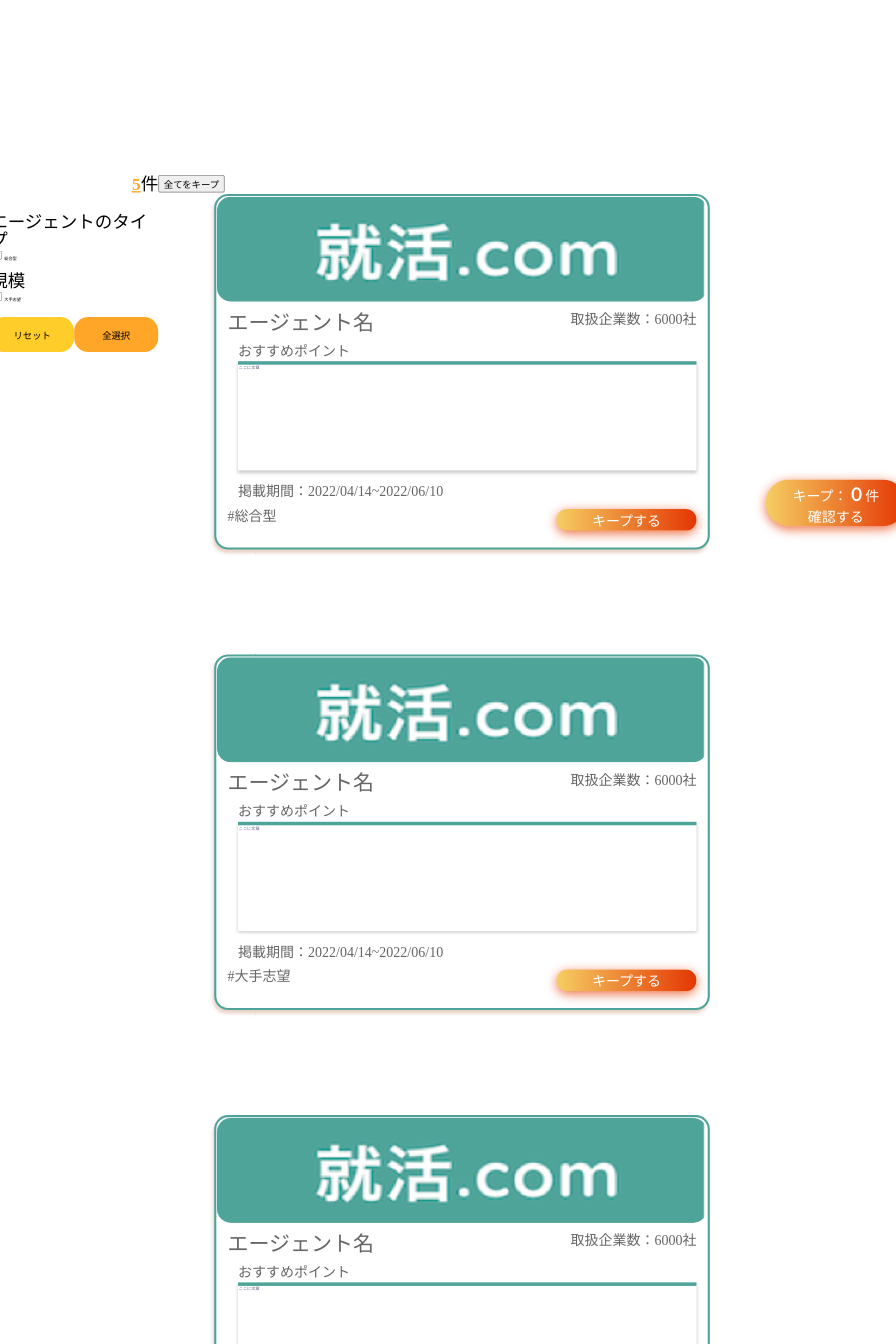
Repository: posse-ap/-teamdev-2022-posse2-team2E-
Page: src/index.html
The author's editor kept a copy of each file at every save. The page is drawn from the files as they stood at one save, then again after the next save.
The browser window is 1280 px wide. The pictures show the part of the page from y = 1096 to 3016 px (the page is 4005 px tall before and 4001 px after), at 70% of full size.

Above is the page before, as saved 2022-04-24 17:06:51.

### src/index.html
<!DOCTYPE html>
<html lang="en">
<head>
    <meta charset="UTF-8">
    <meta http-equiv="X-UA-Compatible" content="IE=edge">
    <meta name="viewport" content="width=device-width, initial-scale=1.0">
    <link rel="stylesheet" href="css/user/reset.css">
    <link rel="stylesheet" href="css/user/style.css">
    <title>CRAFT</title>
    <script
src="https://code.jquery.com/jquery-3.3.1.min.js"
integrity="sha256-FgpCb/KJQlLNfOu91ta32o/NMZxltwRo8QtmkMRdAu8="
crossorigin="anonymous"></script>
</head>
<body>
    <!-- ヘッダー -->
    <header>
        <img src="img/user/logo.png" alt="">
        <nav>
            <ul>
                <li><a href="">就活サイト</a></li>
                <li><a href="">就活支援サービス</a></li>
                <li><a href="">自己分析診断ツール</a></li>
                <li><a href="">ES添削サービス</a></li>
                <li><a href="">就活エージェント</a></li>
                <li><a href="">就活の教科書とは</a></li>
                <li><a href="">お問い合わせ</a></li>
            </ul>
        </nav>
    </header>

    <wrapper>
        <div class="first_message">
            <h1>CRAFT</h1>
            <h2>失敗しないエージェント選びを</h2>
            <p>就活ドットコムだからこそできる、フラットな視点から比較、一括問い合わせまで</p>
        </div>

        <div class="process">
            <p>絞り込む</p>
            <div class="arrow"></div>
            <p>比較する</p>
            <div class="arrow"></div>
            <p>キープする</p>
            <div class="arrow"></div>
            <p>お問い合わせる</p>
        </div>

        <div class="q_and_a">
            <p>Q.いくつのエージェントを問い合わせればいいの？</p>
            <br>
            <p>A. <span class="multiples">複数</span>のエージェントに問い合わせることをおすすめします。</p>
            <p>理由としては、以下のようなものが挙げられます。</p>
            <br>
            <br>
            <div class="reason">
            <p>・目的に合わせてエージェントを使い分けられる</p>
            <p>・様々な視点からアドバイスをもらえる</p>
            <p>・応募できる求人の幅を広げることができる</p>
            </div>
        </div>

            <container class="filter" id="js-filter">
                <div class="filter-cond" id="filter_side">
                    <div class="agents_type">
                        <p class="filter_num"><span>5</span>件</p>
                        <p>エージェントのタイプ</p>
                            <label><input type="checkbox" value="総合型" class="checks" id="form">総合型</label>
                    </div>

                    <div class="agents_scale">
                        <p>規模</p>
                            <label><input type="checkbox" value="大手志望" class="checks" id="form">大手志望</label>
                    </div>

                <div class="filter_btn">
                    <button class="reset_btn" id="uncheck-btn" type="button" >リセット</button>
                    <button class="all_btn" id="check-btn" type="button">全選択</button>
                </div>
                </div>

                <ul class="filter-items">
                    <a href=""><button class="reset">全てをキープ</button></a>
                    <li class="agent_box" data-filter-key="総合型">
                        <img class="agent_img" src="img/user/logo.png" alt="">
                        <div class="agent_article">
                            <div class="agent_article_header">
                                <h1 class="agent_name">エージェント名</h1>
                                <p class="num_company">取扱企業数：6000社</p>
                            </div>
                            <div class="agent_article_main">
                                <p class="recommend_points">おすすめポイント</p>
                                    <div class="recommend_points_box">
                                        <p>ここに文章 </p>
                                    </div>
                                <p class="span_published">掲載期間：2022/04/14~2022/06/10</p>
                            </div>
                            <div class="agent_article_footer">
                                <p class="agent_type">#総合型</p>
                                <a href="/"><button class="bn632-hover bn19">キープする</button></a>
                            </div>
                        </div>
                    </li>
                    <li class="agent_box" data-filter-key="大手志望">
                        <img class="agent_img" src="img/user/logo.png" alt="">
                        <div class="agent_article">
                            <div class="agent_article_header">
                                <h1 class="agent_name">エージェント名</h1>
                                <p class="num_company">取扱企業数：6000社</p>
                            </div>
                            <div class="agent_article_main">
                                <p class="recommend_points">おすすめポイント</p>
                                    <div class="recommend_points_box">
                                        <p>ここに文章 </p>
                                    </div>
                                <p class="span_published">掲載期間：2022/04/14~2022/06/10</p>
                            </div>
                            <div class="agent_article_footer">
                                <p class="agent_type">#大手志望</p>
                                <a href="/"><button class="bn632-hover bn19">キープする</button></a>
                            </div>
                        </div>
                    </li>
                    <li class="agent_box" data-filter-key="総合型">
                        <img class="agent_img" src="img/user/logo.png" alt="">
                        <div class="agent_article">
                            <div class="agent_article_header">
                                <h1 class="agent_name">エージェント名</h1>
                                <p class="num_company">取扱企業数：6000社</p>
                            </div>
                            <div class="agent_article_main">
                                <p class="recommend_points">おすすめポイント</p>
                                    <div class="recommend_points_box">
                                        <p>ここに文章 </p>
                                    </div>
                                <p class="span_published">掲載期間：2022/04/14~2022/06/10</p>
                            </div>
                            <div class="agent_article_footer">
                                <p class="agent_type">#総合型2</p>
                                <a href="/"><button class="bn632-hover bn19">キープする</button></a>
                            </div>
                        </div>
                    </li>
                    <li class="agent_box" data-filter-key="総合型"><img class="agent_img" src="img/user/logo.png" alt="">
                        <div class="agent_article">
                            <div class="agent_article_header">
                                <h1 class="agent_name">エージェント名</h1>
                                <p class="num_company">取扱企業数：6000社</p>
                            </div>
                            <div class="agent_article_main">
                                <p class="recommend_points">おすすめポイント</p>
                                    <div class="recommend_points_box">
                                        <p>ここに文章 </p>
                                    </div>
                                <p class="span_published">掲載期間：2022/04/14~2022/06/10</p>
                            </div>
                            <div class="agent_article_footer">
                                <p class="agent_type">#総合型3</p>
                                <a href="/"><button class="bn632-hover bn19">キープする</button></a>
                            </div>
                        </div></li>
                </ul>

                <btn class="keep_btn" id="keep_btn">
                    <div class="button05">
                        <a href="/"><button class="bn632-hover bn19">キープ：<span>０</span>件<br>確認する</button></a>
                    </div>
                </btn>
            </container>

    </wrapper>

    <footer></footer>

    <script src="/src/js/user/main.js"></script>
</body>
</html>

### src/css/user/style.css
html{
    font-size: 6.25%;
}



/* ヘッダー */
header{
    background-color: #4fa49a;
    height: 100rem;
    width: 100%;
    font-size: 18rem;
    text-align: center;
    padding-bottom: 20rem;
}

header nav ul {
    display: flex;
    justify-content: center;
    padding-top: 10rem;
}

header nav ul li a {
    color: white;
    padding-right: 15rem;
    font-weight: bold;
    text-decoration: none;
}

.first_message{
    text-align: center;
    margin: 30rem auto;
    margin-top: 100rem;
}

.first_message h1{
    font-size: 60rem;
    margin: 10rem auto;
    font-weight: bold;
}

.first_message h2{
    font-size: 30rem;
    margin: 18rem auto;
}

.first_message p{
    font-size: 20rem;
    margin: 15rem auto;
}

.process{
    height: 80rem;
    width: 80%;
    /* display: flex; */
    justify-content: center;
    display:table;
    text-align: center;
    margin: auto;
    margin-top: 140rem;
    margin-bottom: 140rem;
}

.process p{
    height: 50rem;
    width: 13%;
    background-color: #4FA49A;
    color: white;
    text-align: center;
    font-size: 20rem;
    display: table-cell;
    vertical-align: middle;
    border-radius: 20rem;
}

.arrow {
    display:inline-block;
    height:30px;
    width:80px;
    background-color:#5bc0de;
    position:relative;
    margin: 0 55rem;
    margin-top: 22rem;
  }

  .arrow:before {
    position:absolute;
    content:"";
    width:0;
    height:0;
    border:40rem solid transparent;
    border-left:40rem solid #5bc0de;
    left:60rem;
    top:-27rem;
    margin-top: 2rem;
  }

.q_and_a{
    margin: 0 auto;
    text-align: center;
    height: 250rem;
    width: 60%;
    background-color: #4FA49A;
    border-radius: 20rem;
    color: white;
    font-size: 20rem;
    padding: 30rem ;
}

.q_and_a p{
    margin-top: 10rem;
}

.q_and_a .reason{
    margin-top: 10rem;
    text-align: left;
    margin-left:200rem;
}

.multiples{
    font-size: 25rem;
    text-decoration: underline;
}




/* 絞り込み */
[data-filter-view]:not([data-filter-view=""]) [data-filter-key] {
    display: none;
}
[data-filter-view][data-filter-view~="総合型"] [data-filter-key="総合型"],
[data-filter-view][data-filter-view~="大手志望"] [data-filter-key="大手志望"] {
    display: block;
}

container{
    margin-top: 200rem;
    display: flex;
    justify-content: center;
    overflow: scroll;

}
.filter{
    display: flex;
    flex-direction: row;
    padding-top: 110rem;
}

.filter_num{
    margin-bottom: 30rem;
    display: flex;
    justify-content: flex-end;
}

.filter_num span{
    color: #FFA628;
    /* font-size: 40rem; */
    font-weight: 600;
    text-decoration: underline;
}

.agents_type p{
    font-size: 25rem;
}

.agents_type p label{
    font-size: 20rem;
}

.agents_scale p{
    margin-top: 15rem;
    font-size: 25rem;
}

.filter_btn{
    display: flex;
    justify-content: space-between;
    font-size: 25rem;
    margin-top: 20rem;
}

.filter_btn button{
    width: 120rem;
    height: 50rem;
    border-radius: 20rem;
}

.reset_btn{
    background-color: #FFCD2A;
    /* border-color: white; */
    border-style: none;
}

.all_btn{
    background-color: #FFA628;
    border-style: none;
}

#filter_side.fixed {
    left: 64rem;
    position: fixed;
    top: 50rem;
}


/* 各エージェントのボックス */
.agent_box{
    /* display: flex; */
    /* justify-content: center; */
    margin: 2rem auto;
    padding: 1em;
    width: 700rem;
    color: #666666; /*文字色*/
    border: 3px solid #4fa49a; /*線の太さ・色*/
    background-color: #fff; /*背景色*/
    box-shadow: -2px 5px 5px #e8d3c7; /*影*/
    border-radius: 20px; /*角の丸み*/
    height: 500rem;
    margin-bottom: 150rem;
    margin-left: 80rem;
    margin-right: 80rem;
}

.agent_article{
    padding: 15rem;
}

.agent_article_header{
    display: flex;
    justify-content: space-between;
}

.agent_img{
    display: flex;
    justify-content: center;
    width:700rem;
    height: 150rem;
    border-radius: 20rem;
}

.agent_name{
    font-size: 30rem;
    margin-bottom: 15rem;
}

.num_company{
    font-size: 20rem;
}

.agent_article_main{
    margin-left: 15rem;
}

.recommend_points{
    font-size: 20rem;
    margin-bottom: 5rem;
}

.recommend_points_box{
    padding: 0.5em 1em;
    margin: 2em 0;
    color: #5d627b;
    background: white;
    border-top: solid 5px #4fa49a;
    box-shadow: 0 3px 5px rgba(0, 0, 0, 0.22);
    height: 150rem;
}

.recommend_points_box p{
    margin: 0;
    padding: 0;
}

.span_published{
    font-size: 20rem;
    margin-top: 20rem;
}

.agent_article_footer{
    display: flex;
    justify-content: space-between;
    margin-top: 15rem;
}

.agent_type{
    font-size: 20rem;
}

.agent_article_footer button{
    background-color: #FFA628;
    font-size: 20rem;
    width: 200rem;
    border-radius: 20rem;
    /* border-style: none; */
}

/* キープボタン */
.bn632-hover {
    width: 200rem;
    font-size: 20rem;
    font-weight: 500;
    color: #fff;
    cursor: pointer;
    /* margin: 20px; */
    /* height: 55px; */
    text-align:center;
    border: none;
    background-size: 300% 100%;
    border-radius: 50px;
    moz-transition: all .4s ease-in-out;
    -o-transition: all .4s ease-in-out;
    -webkit-transition: all .4s ease-in-out;
    transition: all .4s ease-in-out;
  }

  .bn632-hover:hover {
    background-position: 100% 0;
    moz-transition: all .4s ease-in-out;
    -o-transition: all .4s ease-in-out;
    -webkit-transition: all .4s ease-in-out;
    transition: all .4s ease-in-out;
  }

  .bn632-hover:focus {
    outline: none;
  }

  .bn632-hover.bn19 {
    background-image: linear-gradient(
      to right,
      #f5ce62,
      #e43603,
      #fa7199,
      #e85a19
    );
    box-shadow: 0 4px 15px 0 rgba(229, 66, 10, 0.75);
  }


/* .button05 a {
    display: flex;
    justify-content: space-between;
    align-items: center;
    margin: 0 auto;
    padding: 1em 2em;
    width: 100rem;
    color: white;
    font-size: 18rem;
    font-weight: 700;
    background-color: #eb6100;
    box-shadow: 0 5px 0 #b84c00;
    transition: 0.3s;
    border-radius: 20rem;
    text-decoration: none;
    margin-top: 410rem;
  }

  .button05 a::after {
    content: '';
    width: 5rem;
    height: 5rem;
    border-top: 3rem solid white;
    border-right: 3rem solid white;
    transform: rotate(45deg);
  }

  .button05 a:hover {
    transform: translateY(3px);
    text-decoration: none;
    box-shadow: 0 2px 0 rgba(0, 0, 0, .3);
  }

  .button05 span{

  } */

  #keep_btn.fixed {
    right: 63rem;
    position: fixed;
    top: 0;
}

  .keep_btn .bn632-hover{
      margin-top: 435rem;
      font-weight: 300;
  }

  .keep_btn span{
      font-weight: 600;
      font-size: 25rem;
  }

### src/js/user/main.js

// 絞り込み
var widget = document.getElementById('js-filter');
var checkboxes = widget.querySelectorAll('.filter-cond input[type="checkbox"]');
var checkedList = [];
var filter = function () {
    checkedList = [];

    Array.prototype.forEach.call(checkboxes, function (input) {
        if (input.checked) {
            checkedList.push(input.value);
        }
    });

    widget.setAttribute('data-filter-view', checkedList.join(' '));
};

Array.prototype.forEach.call(checkboxes, function (checkbox) {
    checkbox.addEventListener('change', filter);
});



//全選択ボタンを取得する
const checkBtn = document.getElementById("check-btn");
//全解除ボタンを取得する
const uncheckBtn = document.getElementById("uncheck-btn");
//チェックボックスを取得する
const el = document.getElementsByClassName("checks");

//全てのチェックボックスにチェックを付ける
const checkAll = () => {
    for (let i = 0; i < el.length; i++) {
        el[i].checked = true;
    }
};

//全てのチェックボックスのチェックを外す
const uncheckAll = () => {
    for (let i = 0; i < el.length; i++) {
        el[i].checked = false;
    }
};

//全選択ボタンをクリックした時「checkAll」を実行
checkBtn.addEventListener("click", checkAll, false);
//全解除ボタンをクリックした時「uncheckAll」を実行
uncheckBtn.addEventListener("click", uncheckAll, false);


// 途中から右側固定
var nav_pos = $("#keep_btn").offset().top;
var nav_height = $("#keep_btn").outerHeight();
$(window).scroll(function () {
    if ($(this).scrollTop() > nav_pos) {
        $("filter").css("padding-top", nav_height);
        $("#keep_btn").addClass("fixed");
    } else {
        $("filter").css("padding-top", 0);
        $("#keep_btn").removeClass("fixed");
    }
});


// 途中から左側固定
var nav_pos = $("#filter_side").offset().top;
var nav_height = $("#filter_side").outerHeight();
$(window).scroll(function () {
    if ($(this).scrollTop() > nav_pos) {
        $("filter").css("padding-top", nav_height);
        $("#filter_side").addClass("fixed");
    } else {
        $("filter").css("padding-top", 0);
        $("#filter_side").removeClass("fixed");
    }
});

Loaded but not shown: src/css/user/reset.css (common file)

After the next save:
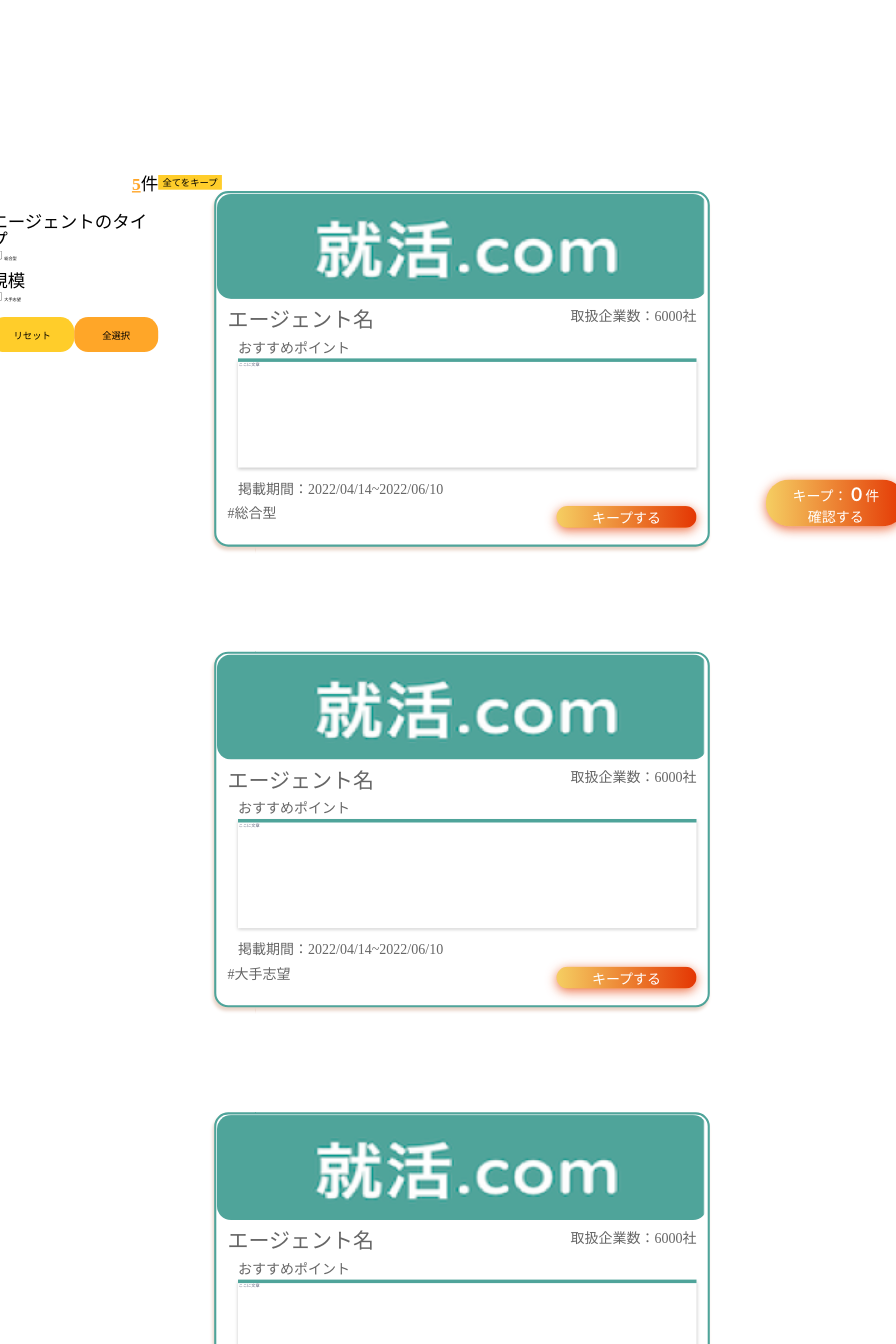
Saved 4 s later.
--- a/src/index.html
+++ b/src/index.html
@@ -80,7 +80,7 @@
                 </div>
 
                 <ul class="filter-items">
-                    <a href=""><button class="reset">全てをキープ</button></a>
+                    <a href=""><button class="reset_btn">全てをキープ</button></a>
                     <li class="agent_box" data-filter-key="総合型">
                         <img class="agent_img" src="img/user/logo.png" alt="">
                         <div class="agent_article">

After the 3 saves that followed:
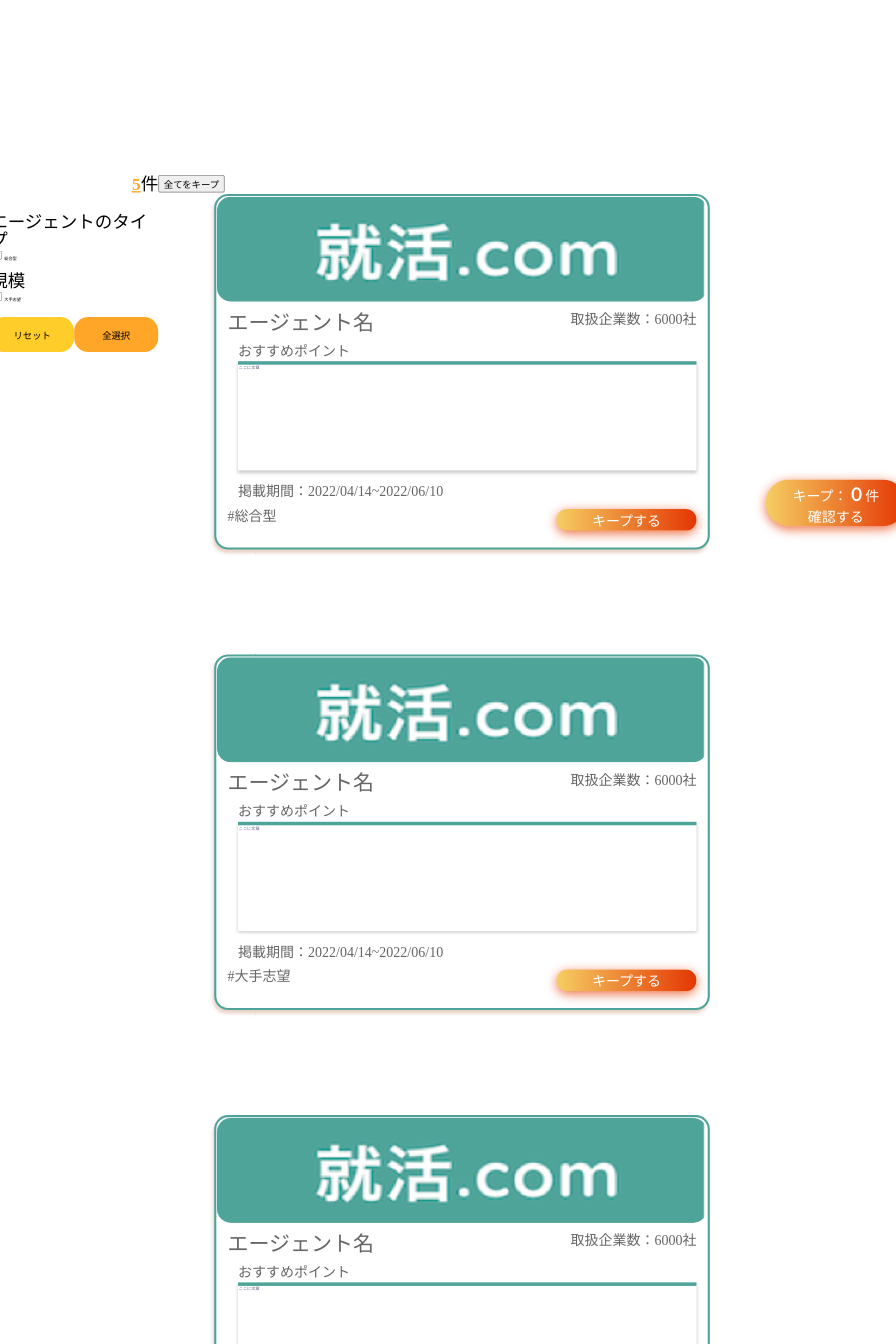
The 3 saves are shown as one change because they came seconds apart.
The last was saved 58 s later.
--- a/src/index.html
+++ b/src/index.html
@@ -80,7 +80,7 @@
                 </div>
 
                 <ul class="filter-items">
-                    <a href=""><button class="reset_btn">全てをキープ</button></a>
+                    <a href=""><button class="all_keep">全てをキープ</button></a>
                     <li class="agent_box" data-filter-key="総合型">
                         <img class="agent_img" src="img/user/logo.png" alt="">
                         <div class="agent_article">
